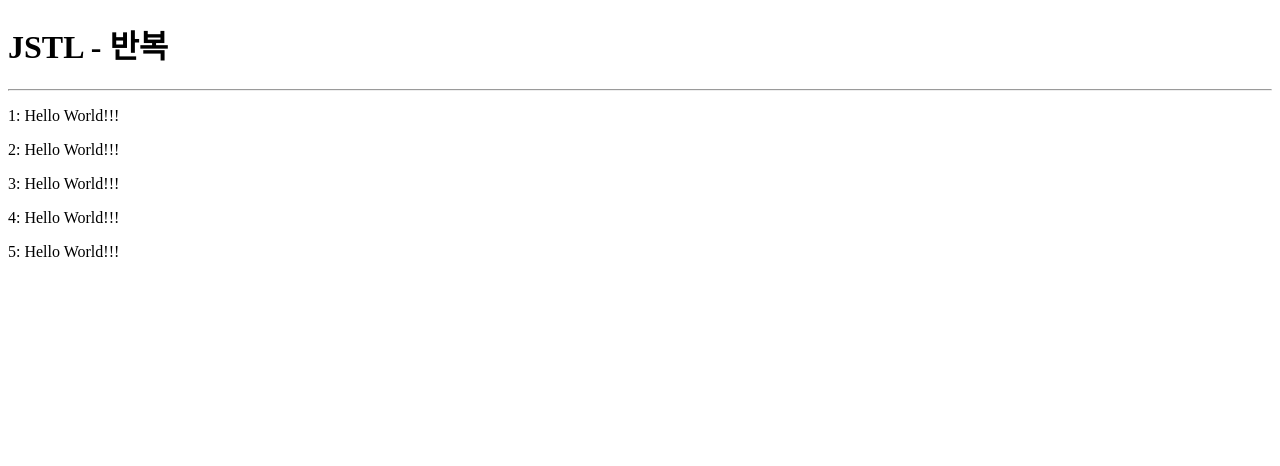
Repository: ChimmyWorld/JSP
Page: http://localhost/Day53/ex11.jsp
An editor plug-in stored every save of this project. The page is shown before and after the next save, followed by the edit.
The browser window is 1280 px wide. The pictures show the whole page.
The page is served by Tomcat 9.

Above is the page before, as saved 2023-09-22 06:05:31.

After the next save:
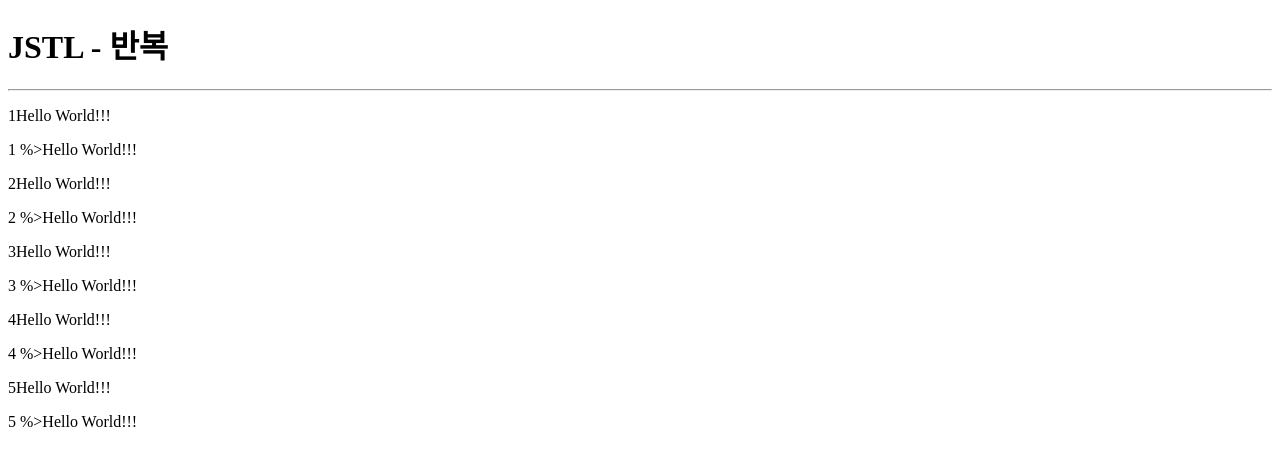
Saved 14 s later.
--- a/Day53/WebContent/ex11.jsp
+++ b/Day53/WebContent/ex11.jsp
@@ -15,7 +15,8 @@
 	<%-- begin: 반복의 시작 값 --%>
 	<%-- end: 반복의 끝 값 --%>
 	<c:forEach var="i" begin="1" end="5">
-		<p>${i }: Hello World!!!</p>
+		<p><%=pageContext.getAttribute("i") %>Hello World!!!</p>
+		<p>${i } %>Hello World!!!</p>
 	</c:forEach>
 </body>
 </html>
